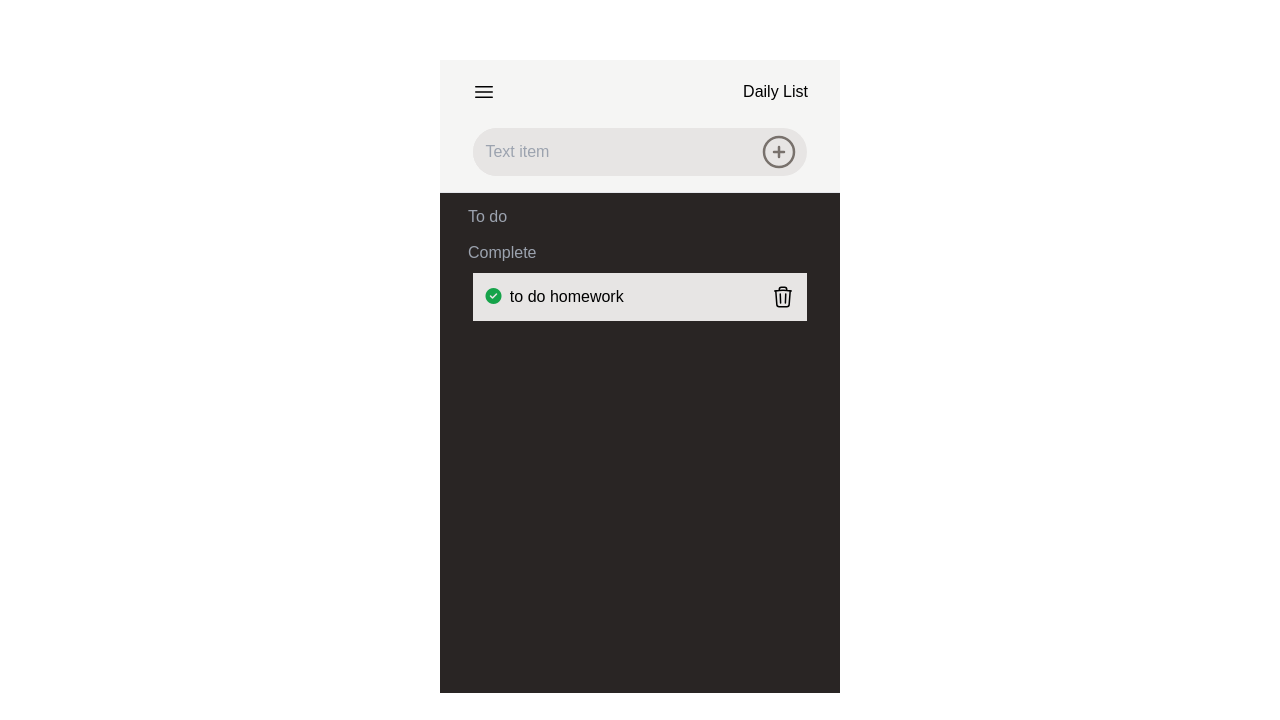
Repository: hsumyatm7308/TodolistbyPHP
Page: http://localhost/
The author's editor kept a copy of each file at every save. The page is drawn from the files as they stood at one save, then again after the next save.
The browser window is 1280 px wide. The pictures show the whole page.
Some web libraries are served in a nearby version. The page is run by PHP 8.4 with error messages shown; the project is at /var/www/html/. Queries for data that is not in the repository find no rows.

Above is the page before, as saved 2023-07-09 22:47:01.

### index.php
<!DOCTYPE html>
<html lang="en">

<head>
    <meta charset="UTF-8">
    <meta name="viewport" content="width=device-width, initial-scale=1.0">
    <title>To Do List</title>
    <link rel="stylesheet" href="https://cdnjs.cloudflare.com/ajax/libs/font-awesome/6.4.0/css/all.min.css">
    <script src="https://cdn.tailwindcss.com"></script>

    <style>
        * {
            font-family: sans-serif;
        }

        .scrollbar-hide::-webkit-scrollbar{
            display: none;
        }

    </style>

</head>

<body>
    <div class="w-screen h-screen container flex justify-center items-center">
        <div class="w-[400px] h-[600px] bg-stone-100">
            <!-- header nav  -->
            <div class="w-full h-14 flex justify-between items-center p-8">
                <div>
                    <svg xmlns="http://www.w3.org/2000/svg" fill="none" viewBox="0 0 24 24" stroke-width="1.5"
                        stroke="currentColor" class="w-6 h-6">
                        <path stroke-linecap="round" stroke-linejoin="round"
                            d="M3.75 6.75h16.5M3.75 12h16.5m-16.5 5.25h16.5" />
                    </svg>

                </div>
                <div>
                    <h4> Daily List</h4>
                </div>
            </div>

            <?php

            include("create.php");

            ?>

            <div class="w-full h-[500px] bg-stone-800 overflow-y-scroll scrollbar-hide">

                <?php

                include("updatetodo.php");
                include("complete.php");

                ?>
            </div>







        </div>
    </div>
</body>

</html>

### create.php
<?php
session_start();
ini_set('display_errors', 1);

require_once("database.php");

if ($_SERVER['REQUEST_METHOD'] === 'POST') {
    global $conn;

    $getdata = $_POST['textbox'];


    try {
        $stmt = $conn->prepare("INSERT INTO todolist (task) VALUES ( :task)");


        $task = $getdata;


        $stmt->bindParam(':task', $task);

        $stmt->execute();
    } catch (Exception $e) {
        echo "Error Found: " . $e->getMessage();
    }
}


?>





<!-- to do form  -->
<form action="" method="post" enctype="multipart/form-data">


    <div class="w-full h-auto flex justify-center items-center p-1">
        <div class="w-[85%] h-auto bg-stone-200 flex justify-between items-center rounded-3xl">
            <input type="text" name="textbox"
                class="w-[85%] bg-stone-200 rounded-tl-3xl rounded-bl-3xl p-3 focus:outline-none"
                placeholder="Text item">

            <button type="submit" name="submit" class="">
                <svg xmlns="http://www.w3.org/2000/svg" fill="none" viewBox="0 0 24 24" stroke-width="1.5"
                    stroke="currentColor" class="w-10 h-10 mr-2 text-stone-500 hover:text-stone-600">
                    <path stroke-linecap="round" stroke-linejoin="round"
                        d="M12 9v6m3-3H9m12 0a9 9 0 11-18 0 9 9 0 0118 0z" />
                </svg>
            </button>
        </div>

    </div>
    <hr class="mt-3">
</form>

### database.php
<?php

$dbhost = 'localhost';
$dbuser = 'root';
$dbpass = '';
$dbname = 'hmmdb';


try{

    $conn = new PDO("mysql:host=$dbhost;dbname=$dbname", $dbuser, $dbpass);
    $conn->setAttribute(PDO::ATTR_ERRMODE, PDO::ERRMODE_EXCEPTION);

    // echo "Connection successful";


}catch(Exception $e){
    "Error Found:".$e->getMessage();
}




?>

### updatetodo.php
<?php

// session_start();
ini_set('display_errors', 1);

require_once("database.php");
require_once("create.php");

try {

    global $conn;

    $stmt = $conn->prepare("SELECT id,task FROM todolist");
    $stmt->execute();



} catch (Exception $e) {
    "Found Error : " . $e->getMessage();
}





?>








<!-- update to do  -->
<form action="" method="post" class="mt-3" enctype="multipart/form-data">
    <h3 class="text-gray-400 ml-7 mb-1">To do</h3>


    <?php while ($row = $stmt->fetch()): ?>

        <div name="taskitems" class="w-full h-auto flex justify-center items-center p-1">


            <div class="w-[85%] h-auto bg-stone-200 flex justify-between items-center p-3">
                <span>
                    <i class="fa-regular fa-circle-check"></i>
                    <span class="ml-1">
                        <?php echo $row['task'] ?>
                    </span>
                </span>

                <div type="submit" name="check">
                    <svg xmlns="http://www.w3.org/2000/svg" fill="none" viewBox="0 0 24 24" stroke-width="1.5"
                        stroke="currentColor" class="w-6 h-6">
                        <path stroke-linecap="round" stroke-linejoin="round"
                            d="M16.862 4.487l1.687-1.688a1.875 1.875 0 112.652 2.652L10.582 16.07a4.5 4.5 0 01-1.897 1.13L6 18l.8-2.685a4.5 4.5 0 011.13-1.897l8.932-8.931zm0 0L19.5 7.125M18 14v4.75A2.25 2.25 0 0115.75 21H5.25A2.25 2.25 0 013 18.75V8.25A2.25 2.25 0 015.25 6H10" />
                    </svg>
                </div>
            </div>



        </div>

    <?php endwhile; ?>







</form>

### complete.php
<?php

// session_start();
ini_set('display_errors', 1);

require_once("database.php");
require_once("updatetodo.php");

if ($_SERVER["REQUEST_METHOD"] === "POST") {
    if (isset($_POST['check'])) {

        try {

            global $conn;

            $stmt = $conn->prepare("SELECT id,task FROM todolist");
            $stmt->execute();



        } catch (Exception $e) {
            "Found Error : " . $e->getMessage();
        }

    }
}


?>




<!-- complete work -->
<form action="" method="post" class="mt-3" enctype="multipart/form-data">
    <h3 class="text-gray-400 ml-7 mb-1">Complete</h3>

    <div class="w-full h-auto flex justify-center items-center p-1">


        <div class="w-[85%] h-auto bg-stone-200 flex justify-between items-center p-3">

            <span>
                <i class="fa-solid fa-circle-check text-green-600"></i>
                <span class="ml-1">to do homework</span>
            </span>

            <div>
                <svg xmlns="http://www.w3.org/2000/svg" fill="none" viewBox="0 0 24 24" stroke-width="1.5"
                    stroke="currentColor" class="w-6 h-6">
                    <path stroke-linecap="round" stroke-linejoin="round"
                        d="M14.74 9l-.346 9m-4.788 0L9.26 9m9.968-3.21c.342.052.682.107 1.022.166m-1.022-.165L18.16 19.673a2.25 2.25 0 01-2.244 2.077H8.084a2.25 2.25 0 01-2.244-2.077L4.772 5.79m14.456 0a48.108 48.108 0 00-3.478-.397m-12 .562c.34-.059.68-.114 1.022-.165m0 0a48.11 48.11 0 013.478-.397m7.5 0v-.916c0-1.18-.91-2.164-2.09-2.201a51.964 51.964 0 00-3.32 0c-1.18.037-2.09 1.022-2.09 2.201v.916m7.5 0a48.667 48.667 0 00-7.5 0" />
                </svg>

            </div>

        </div>



    </div>

    <!-- <div class="w-full h-auto flex justify-center items-center p-1">

        <div class="w-[85%] h-auto bg-stone-200 flex justify-between items-center p-3">

            <span>
                <i class="fa-solid fa-circle-check text-green-600"></i>
                <span class="ml-1">to do homework</span>
            </span>

            <div>
                <svg xmlns="http://www.w3.org/2000/svg" fill="none" viewBox="0 0 24 24" stroke-width="1.5"
                    stroke="currentColor" class="w-6 h-6">
                    <path stroke-linecap="round" stroke-linejoin="round"
                        d="M14.74 9l-.346 9m-4.788 0L9.26 9m9.968-3.21c.342.052.682.107 1.022.166m-1.022-.165L18.16 19.673a2.25 2.25 0 01-2.244 2.077H8.084a2.25 2.25 0 01-2.244-2.077L4.772 5.79m14.456 0a48.108 48.108 0 00-3.478-.397m-12 .562c.34-.059.68-.114 1.022-.165m0 0a48.11 48.11 0 013.478-.397m7.5 0v-.916c0-1.18-.91-2.164-2.09-2.201a51.964 51.964 0 00-3.32 0c-1.18.037-2.09 1.022-2.09 2.201v.916m7.5 0a48.667 48.667 0 00-7.5 0" />
                </svg>


            </div>

        </div> -->



    </div>
</form>

After the next save:
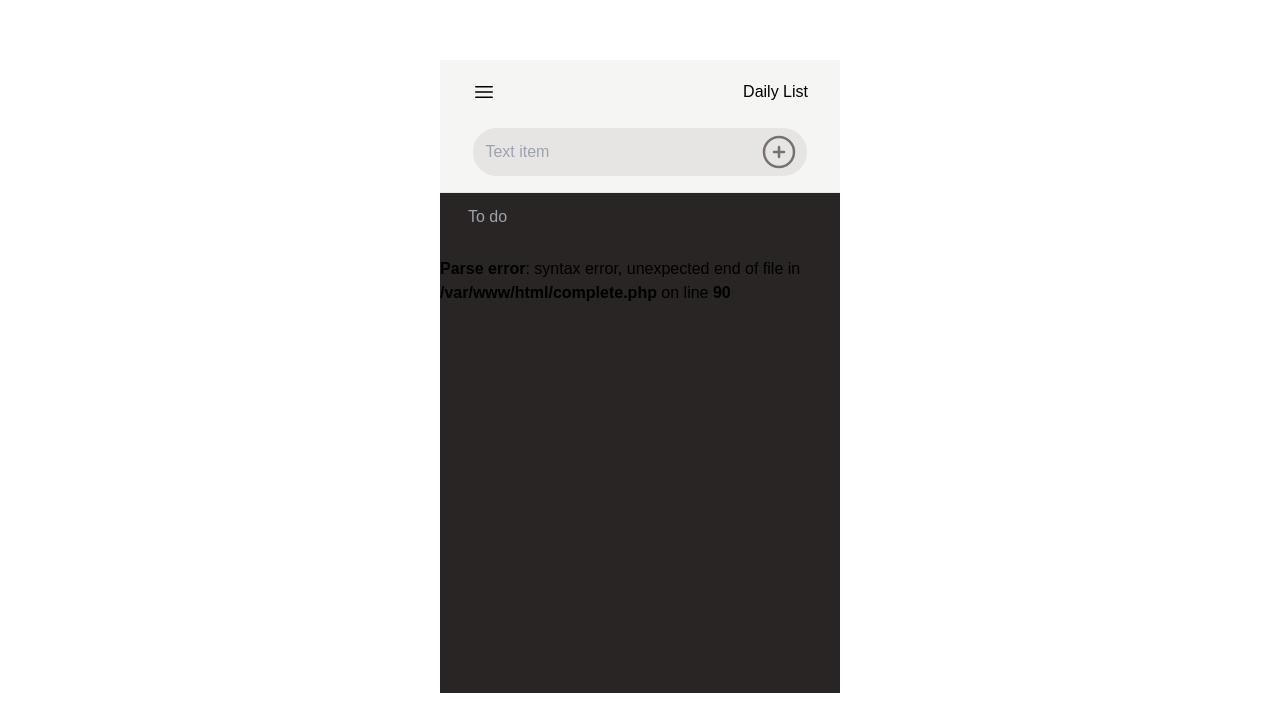
Saved 42 s later.
--- a/complete.php
+++ b/complete.php
@@ -34,6 +34,9 @@
 <!-- complete work -->
 <form action="" method="post" class="mt-3" enctype="multipart/form-data">
     <h3 class="text-gray-400 ml-7 mb-1">Complete</h3>
+
+
+    <?php while ($row = $stmt->fetch()): ?>
 
     <div class="w-full h-auto flex justify-center items-center p-1">
 

After the save that followed:
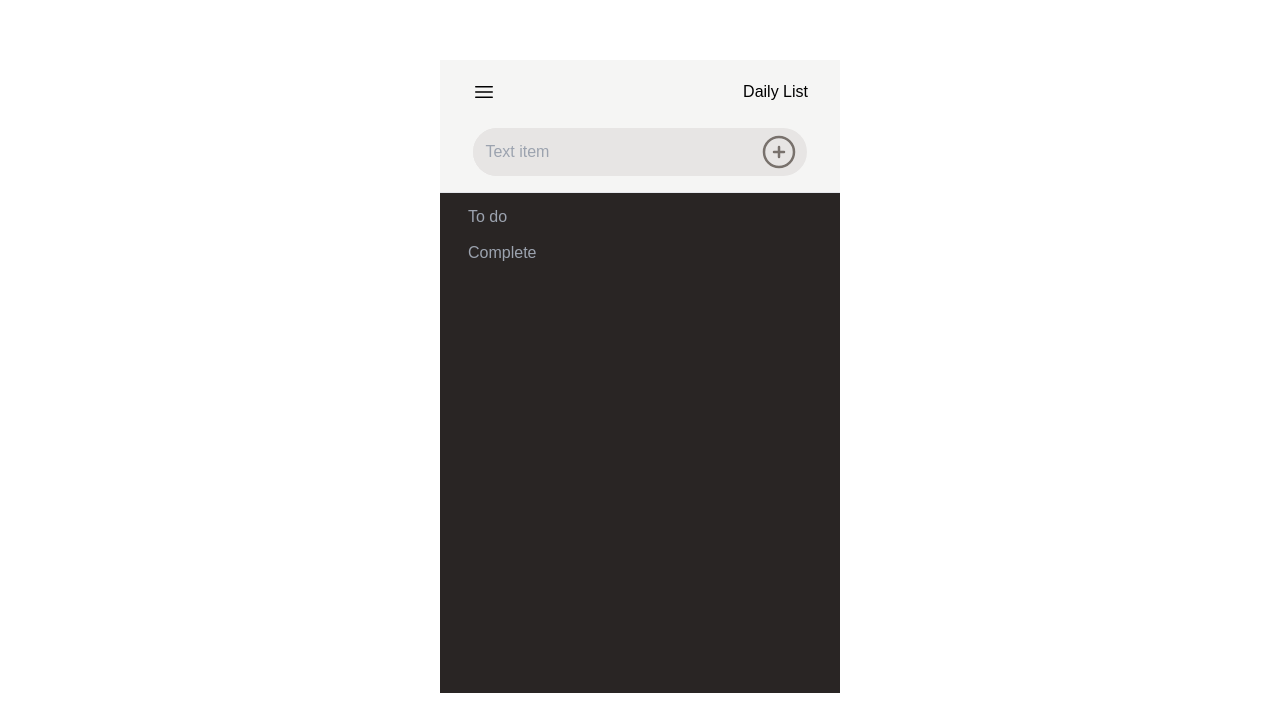
Saved 7 s later.
--- a/complete.php
+++ b/complete.php
@@ -63,6 +63,8 @@
 
     </div>
 
+    <?php endwhile; ?>
+
     <!-- <div class="w-full h-auto flex justify-center items-center p-1">
 
         <div class="w-[85%] h-auto bg-stone-200 flex justify-between items-center p-3">
